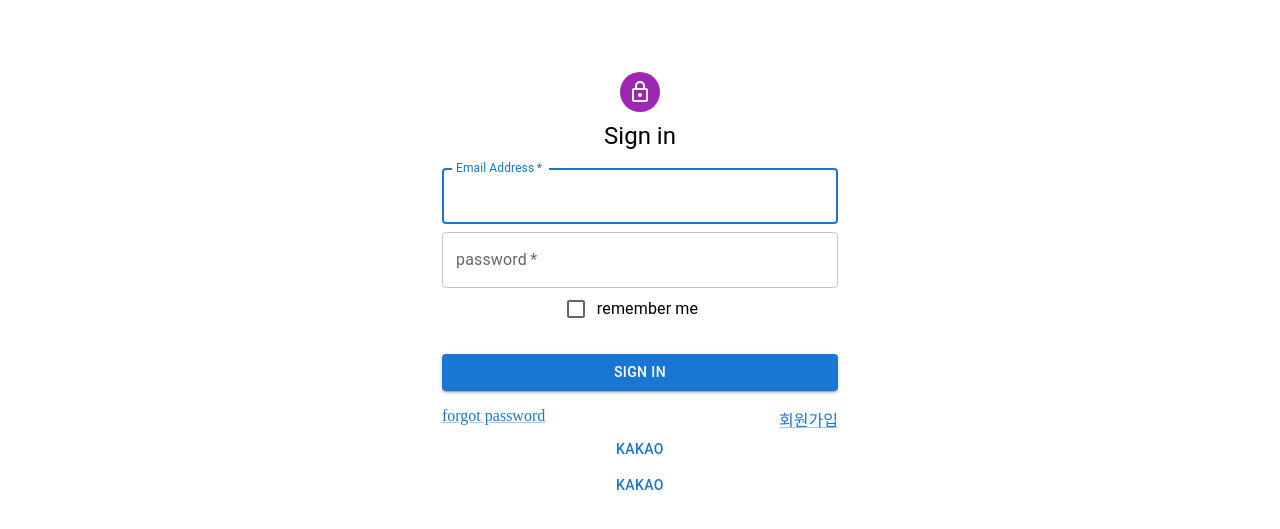
Repository: chlwpdnswku/nextjsportpolioclone
Page: /
These files come from the project's save history. The page is drawn as it stood at one moment and after a run of saves; the edit follows.
The browser window is 1280 px wide. The pictures show the whole page.
The project was rebuilt for these pictures with package versions that can differ from the ones it lists, and the page was loaded fresh each time. The framework's server and built-in components were replaced by stand-ins that run in the browser. Also part of the build but not shown: next.config.js.

Above is the page before, as saved 2022-08-06 17:19:36.

After the next 2 saves:
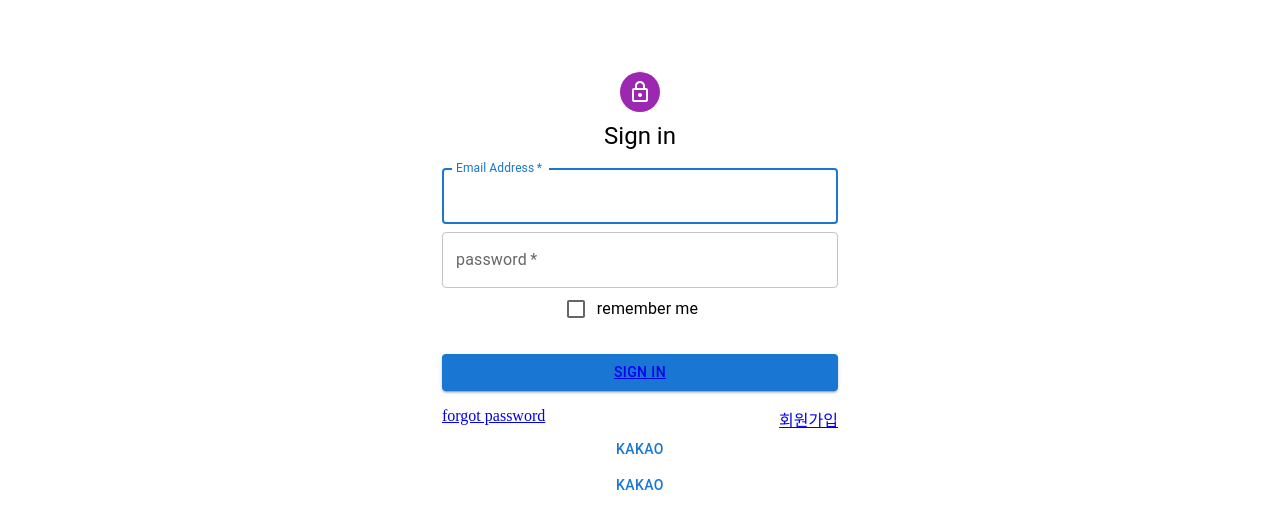
The 2 saves are shown as one change because 1 did not build or start.
The last was saved 35 s later.
--- a/component/login.tsx
+++ b/component/login.tsx
@@ -8,7 +8,6 @@ import {
   Button,
   FormControl,
   FormControlLabel,
-  Link,
   TextField,
   Grid,
   Typography,
@@ -71,8 +70,7 @@ const Home: NextPage = () => {
           variant='contained'
           sx={{ mt: 3, mb: 2 }}
         >
-          <Link a href='/user'></Link>
-          SIGN IN
+          <Link href='/user'> SIGN IN</Link>
         </Button>
         <Grid container>
           <Grid item xs>
